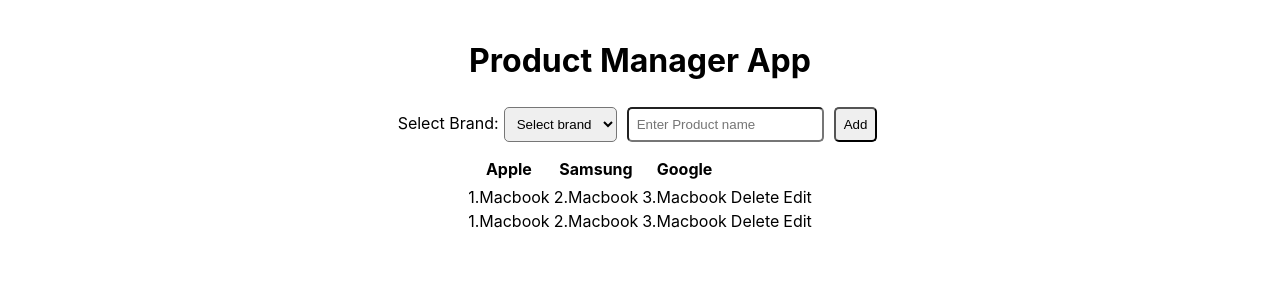
Repository: sunilkc-7/product-manager-app
Page: /
These files come from the project's save history. The page is drawn as it stood at one moment and after the next save; the edit follows.
The browser window is 1280 px wide. The pictures show the whole page.
The project was rebuilt for these pictures with package versions that can differ from the ones it lists, and the page was loaded fresh each time.

Above is the page before, as saved 2023-07-31 19:31:45.

### src/App.js
import "./App.css";
import productsData from "./data/data.json";
import { useState } from "react";

function App() {
  const [brandList, setBrandList] = useState(productsData.brands);
  const [productList, setProductList] = useState(productsData.products);

  return (
    <div className="App">
      <h1>Product Manager App</h1>
      <div className="form-container">
        <label>Select Brand:</label>
        <select>
          <option value="">Select brand</option>
          {brandList.map((brand) => (
            <option key={brand} value={brand}>
              {brand}
            </option>
          ))}
        </select>

        <input type="text" placeholder="Enter Product name" />

        <button>Add</button>
      </div>
      <table>
        <thead>
          <tr>
            <th>Apple</th>
            <th>Samsung</th>
            <th>Google</th>
          </tr>
        </thead>
        <tbody>
          <tr>
            <td>1.Macbook</td>
            <td>2.Macbook</td>
            <td>3.Macbook</td>
            <td>Delete</td>
            <td>Edit</td>
          </tr>
          <tr>
            <td>1.Macbook</td>
            <td>2.Macbook</td>
            <td>3.Macbook</td>
            <td>Delete</td>
            <td>Edit</td>
          </tr>
        </tbody>
      </table>
      {}
    </div>
  );
}

export default App;

### src/App.css
.body {
  display: flex;
  justify-content: center;
  height: 100vh;
  margin: 0;
}

.App {
  display: flex;
  flex-direction: column;
  justify-content: center;
  align-items: center;
  padding: 20px;
}

select,
input,
button {
  padding: 8px;
  border-radius: 5px;
  margin: 5px;
}

button {
  cursor: pointer;
}

table,
th {
  /* border: 1px solid black; */
  border-collapse: border;

  padding: 5px;
}

### src/data/data.json
{
  "brands": ["Brand A", "Brand B", "Brand C"],
  "products": [
    {
      "brand": "Apple",
      "name": "Product1"
    },
    {
      "brand": "Samsung",
      "name": "Product2"
    },
    {
      "brand": "Google",
      "name": "Product3"
    }
  ]
}

Loaded but not shown: public/index.html (common file); src/index.js (common file); src/index.css (common file); src/reportWebVitals.js (common file)

After the next save:
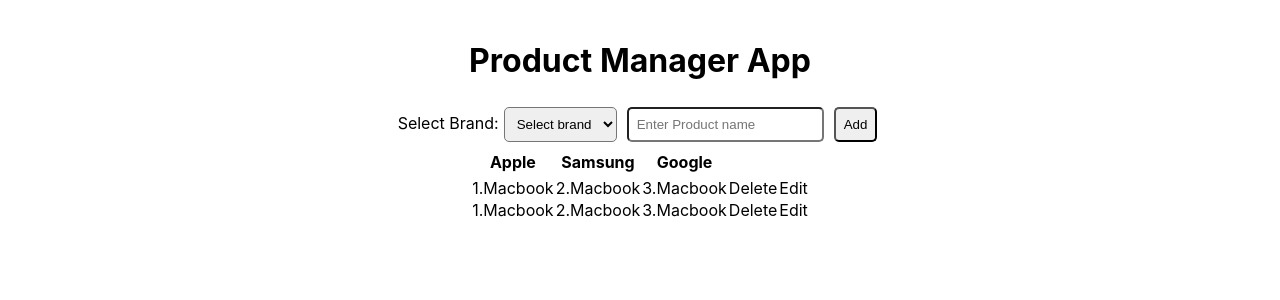
Saved 62 s later.
--- a/src/App.css
+++ b/src/App.css
@@ -28,7 +28,7 @@
 table,
 th {
   /* border: 1px solid black; */
-  border-collapse: border;
+  border-collapse: collapse;
 
   padding: 5px;
 }
